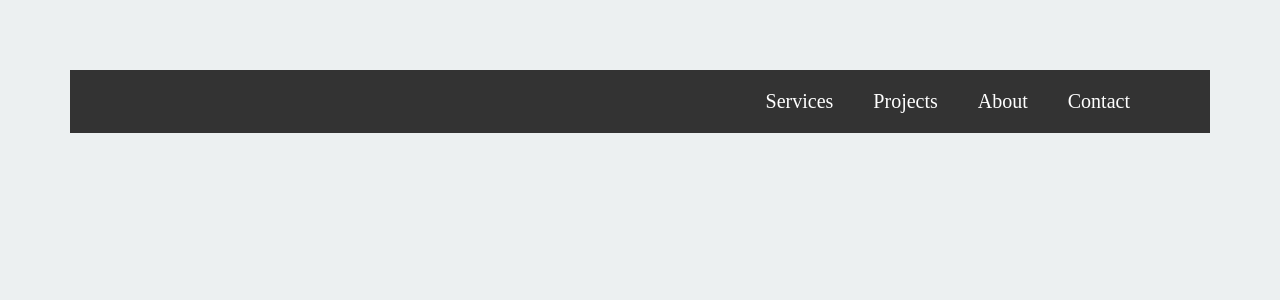
Repository: arifshahriyarnader/css-flexbox
Page: Exercise 1/index.html
The author's editor kept a copy of each file at every save. The page is drawn from the files as they stood at one save, then again after the next save.
The browser window is 1280 px wide. The pictures show the whole page.

Above is the page before, as saved 2024-06-15 15:59:51.

After the next save:
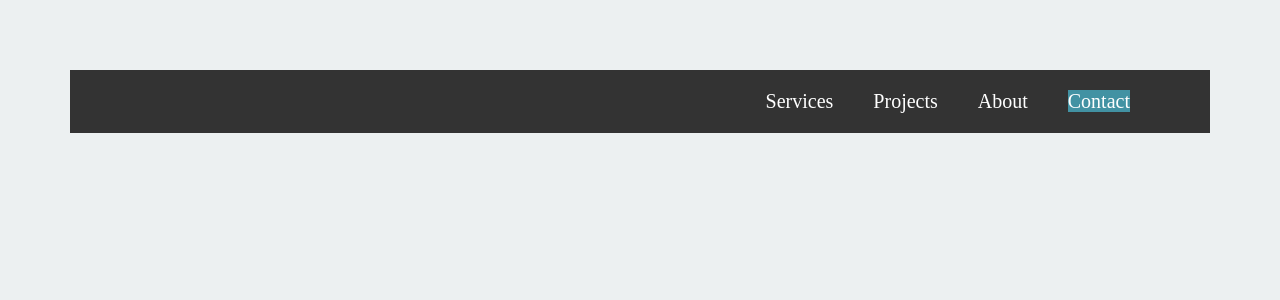
Saved 4 s later.
--- a/Exercise 1/css/style.css
+++ b/Exercise 1/css/style.css
@@ -33,5 +33,5 @@ body{
     cursor: pointer;
 }
 .contact_btn{
-    background-color: ;
+    background-color:#4292A3;
 }
